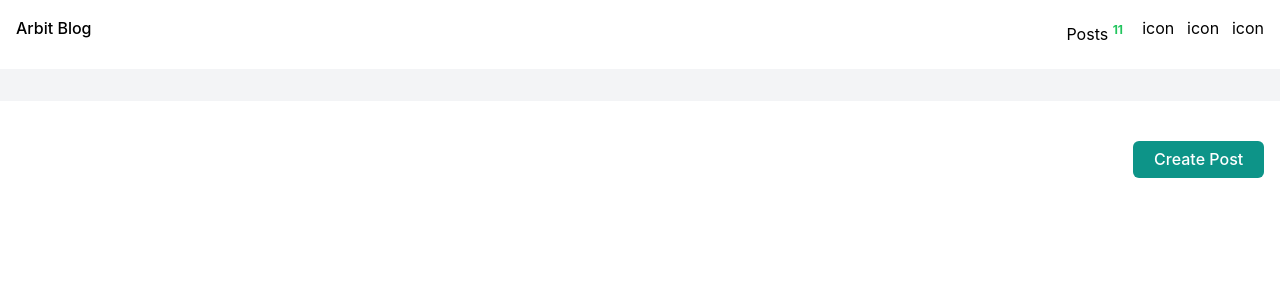
Repository: sam-lukaa/verde
Page: /
These files come from the project's save history. The page is drawn as it stood at one moment and after the next save; the edit follows.
The browser window is 1280 px wide. The pictures show the whole page.
The page's requests for data from a server got no answer. The project was rebuilt for these pictures with package versions that can differ from the ones it lists, and the page was loaded fresh each time. No one was signed in, and anything a server would have sent is missing. Also part of the build but not shown: src/App.css, src/pages/create.jsx, src/pages/edit.jsx, src/pages/post.jsx.

Above is the page before, as saved 2022-08-14 06:47:44.

After the next save:
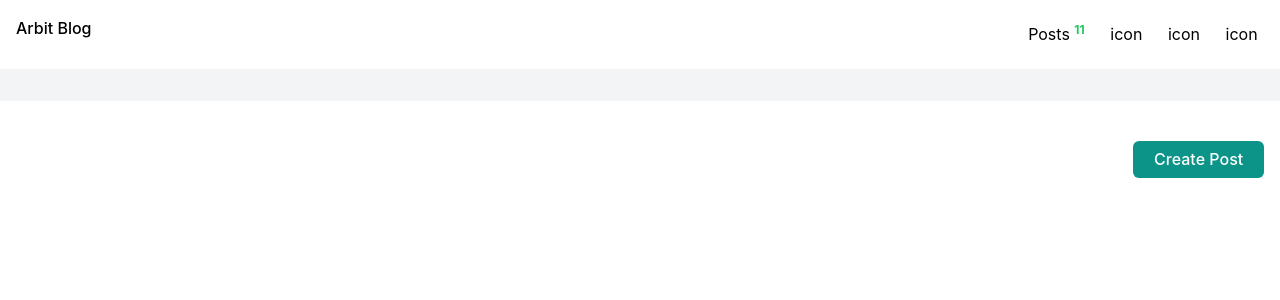
Saved 26 s later.
--- a/src/App.js
+++ b/src/App.js
@@ -16,9 +16,9 @@ function App() {
           <Link to="/" className="hover:font-[500] hover:bg-gray-100 hover:transition hover:ease-in p-[.4rem] rounded-[6px] cursor-pointer">
             Posts <sup className="text-green-500 font-bold"> 11</sup>
           </Link>
-          <figure>icon</figure>
-          <figure>icon</figure>
-          <figure>icon</figure>
+          <figure className="hover:font-[500] hover:bg-gray-100 hover:transition hover:ease-in p-[.4rem] rounded-[6px] cursor-pointer">icon</figure>
+          <figure className="hover:font-[500] hover:bg-gray-100 hover:transition hover:ease-in p-[.4rem] rounded-[6px] cursor-pointer">icon</figure>
+          <figure className="hover:font-[500] hover:bg-gray-100 hover:transition hover:ease-in p-[.4rem] rounded-[6px] cursor-pointer">icon</figure>
         </div>
       </nav>
 
